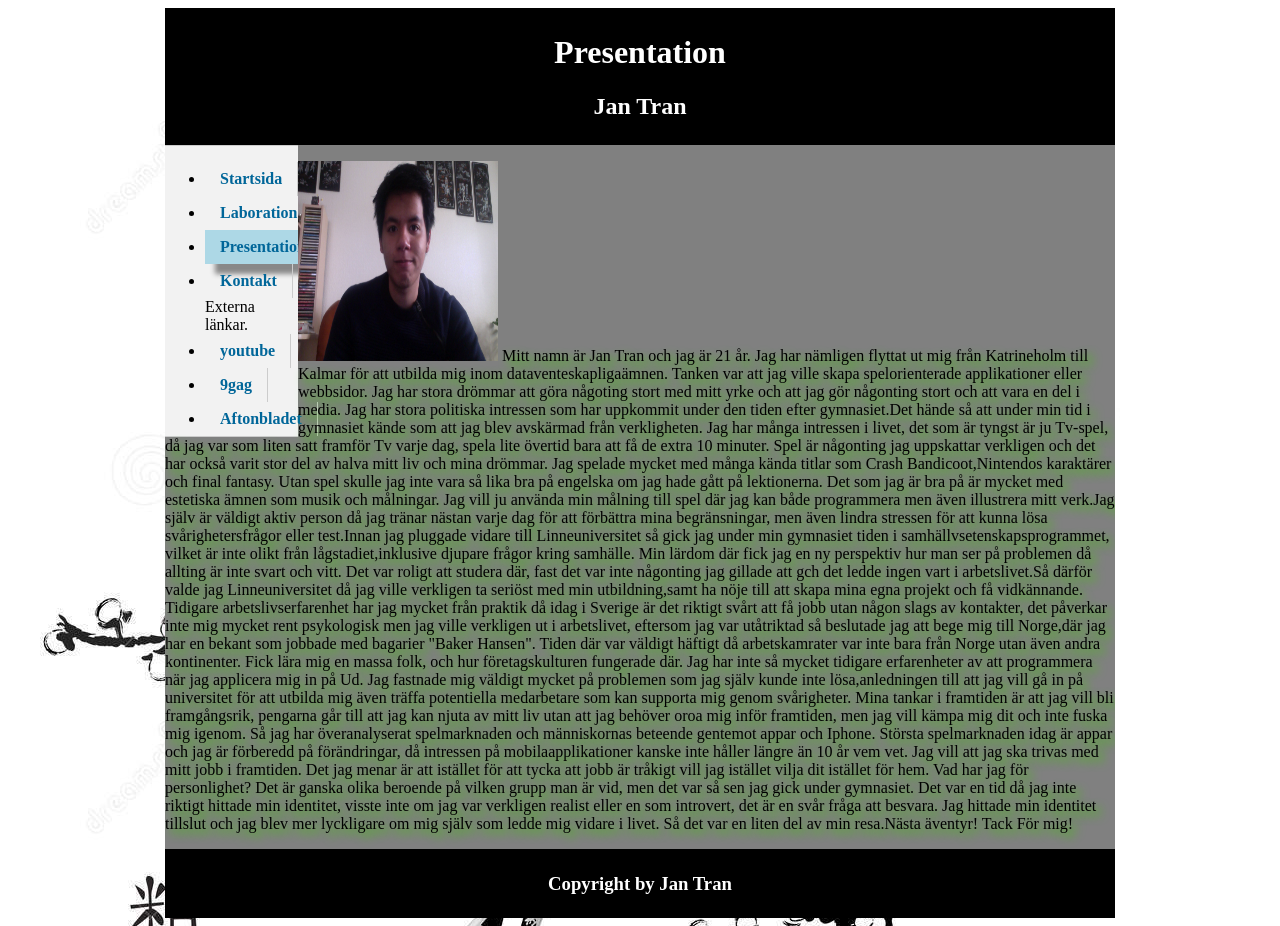
Repository: jt222ic/1ik415-jt222ic-lab-1
Page: pages/presentation.html
The author's editor kept a record of every edit. The page is drawn from the files as they stood at one moment, then again after the next edit.
The browser window is 1280 px wide. The pictures show the whole page.

Above is the page before.

### pages/presentation.html
<!DOCTYPE html>
<html lang="sv">

<head>
    <meta charset="utf-8" />
    <title>någonting</title>
    <link rel="stylesheet" href="Csss/style.css" />


</head>

<body>
<div id="container">

    <div id="header">
        <h1>Presentation</h1>
        <h2> Jan Tran</h2>
    </div>

    <div id="nav">
        <ul>
            <li><a href="../index.html"> Startsida</a>
            </li>
            <li><a href="laboration.html"> Laboration</a>
            </li>
            <li><a href="presentation.html" class="active"> Presentation</a>
            </li>
            <li><a href="kontakt.html"> Kontakt</a>
            </li>
            Externa länkar.
            <li><a href="https://www.youtube.com">youtube </a>
            </li>
            <li><a href="https://www.9gag.com">9gag</a>
            </li>
            <li><a href="https://www.Aftonbladet.se">Aftonbladet</a>
            </li>
        </ul>
    </div>
    <div id="section">
    <div id="background">             </div>
     <div id="img"><p><img src="jpeg/JanT.jpg" width="200" height="200" alt="bildavJan"/>
            Mitt namn är Jan Tran och jag är 21 år. Jag har nämligen flyttat ut mig från Katrineholm till Kalmar för att utbilda mig inom dataventeskapligaämnen. Tanken var att jag ville skapa spelorienterade applikationer eller webbsidor. Jag har stora drömmar att
            göra någoting stort med mitt yrke och att jag gör någonting stort och att vara en del i media. Jag har stora politiska intressen som har uppkommit under den tiden efter gymnasiet.Det hände så att under min tid i gymnasiet kände som att jag
            blev avskärmad från verkligheten. Jag har många intressen i livet, det som är tyngst är ju Tv-spel, då jag var som liten satt framför Tv varje dag, spela lite övertid bara att få de extra 10 minuter. Spel är någonting jag uppskattar verkligen
            och det har också varit stor del av halva mitt liv och mina drömmar. Jag spelade mycket med många kända titlar som Crash Bandicoot,Nintendos karaktärer och final fantasy. Utan spel skulle jag inte vara så lika bra på engelska om jag hade gått
            på lektionerna. Det som jag är bra på är mycket med estetiska ämnen som musik och målningar. Jag vill ju använda min målning till spel där jag kan både programmera men även illustrera mitt verk.Jag själv är väldigt aktiv person då jag tränar
            nästan varje dag för att förbättra mina begränsningar, men även lindra stressen för att kunna lösa svårighetersfrågor eller test.Innan jag pluggade vidare till Linneuniversitet så gick jag under min gymnasiet tiden i samhällvsetenskapsprogrammet,
            vilket är inte olikt från lågstadiet,inklusive djupare frågor kring samhälle. Min lärdom där fick jag en ny perspektiv hur man ser på problemen då allting är inte svart och vitt. Det var roligt att studera där, fast det var inte någonting
            jag gillade att gch det ledde ingen vart i arbetslivet.Så därför valde jag Linneuniversitet då jag ville verkligen ta seriöst med min utbildning,samt ha nöje till att skapa mina egna projekt och få vidkännande.
            <br>Tidigare arbetslivserfarenhet har jag mycket från praktik då idag i Sverige är det riktigt svårt att få jobb utan någon slags av kontakter, det påverkar inte mig mycket rent psykologisk men jag ville verkligen ut i arbetslivet, eftersom jag
            var utåtriktad så beslutade jag att bege mig till Norge,där jag har en bekant som jobbade med bagarier "Baker Hansen". Tiden där var väldigt häftigt då arbetskamrater var inte bara från Norge utan även andra kontinenter. Fick lära mig en massa
            folk, och hur företagskulturen fungerade där. Jag har inte så mycket tidigare erfarenheter av att programmera när jag applicera mig in på Ud. Jag fastnade mig väldigt mycket på problemen som jag själv kunde inte lösa,anledningen till att jag
            vill gå in på universitet för att utbilda mig även träffa potentiella medarbetare som kan supporta mig genom svårigheter. Mina tankar i framtiden är att jag vill bli framgångsrik, pengarna går till att jag kan njuta av mitt liv utan att jag
            behöver oroa mig inför framtiden, men jag vill kämpa mig dit och inte fuska mig igenom. Så jag har överanalyserat spelmarknaden och människornas beteende gentemot appar och Iphone. Största spelmarknaden idag är appar och jag är förberedd på
            förändringar, då intressen på mobilaapplikationer kanske inte håller längre än 10 år vem vet. Jag vill att jag ska trivas med mitt jobb i framtiden. Det jag menar är att istället för att tycka att jobb är tråkigt vill jag istället vilja dit
            istället för hem. Vad har jag för personlighet? Det är ganska olika beroende på vilken grupp man är vid, men det var så sen jag gick under gymnasiet. Det var en tid då jag inte riktigt hittade min identitet, visste inte om jag var verkligen
            realist eller en som introvert, det är en svår fråga att besvara. Jag hittade min identitet tillslut och jag blev mer lyckligare om mig själv som ledde mig vidare i livet.
            Så det var en liten del av min resa.Nästa äventyr! Tack För mig!



        </p>
</div>
    </div>






    <div id="footer">
        <h3>Copyright by Jan Tran</h3>
    </div>

</div>
</body>

</html>

### pages/Csss/style.css
/* backgrundsbild */

body  {
    background-image: url('../jpeg/China.jpg');

    }
/* text för p typografi */
p{
    color:black;
text-shadow: 5px 5px 10px #41C800;
    font-style: italic, sans-serif;
    text-align:left;




}

/* formulär */
#cform input, #cform textarea, #cform select
{
width:300px;
margin-bottom:20px;
}
#cform textarea { height:100px; }
#cform .checkbox { width:auto; }

.img{
    float:left;
}




/* navigation */

#nav {
      width: 14%;
      float: left;
      margin:0;
      padding: 0;
      list-style: none;
      background-color: #f2f2f2;
      border-bottom: 1px solid #ccc;
      border-top: 1px solid #ccc; }
   #nav li {float:left;
       }
   #nav li a {
      display: block;
      padding: 8px 15px;
      text-decoration: none;
      font-weight: bold;
      color: #069;
      border-right: 1px solid #ccc;
      list-style:none;}
   #nav li a:hover {
       list-style:none;
      color: #c00;
      background-color: #fff; }

      /* nav focus class */





      /* class active */

.active{

        font-weight:bold;
        text-align:left;
        color:black;

         box-shadow: 10px 10px 5px #888888;
         background-color: lightblue;
        /* skuggning för märkning */

    }

    /* content */

    #content{


        background-color:white;

        float:left;
        width: 800px;
    }




    /* header */

    #header {
    background-color:black;
    color:white;
    text-align:center;
    padding:5px;
    }


    /*footer */


    #footer {

    background-color:black;
    color:white;
    clear:both;
    text-align:center;
   padding:5px;
}

#container {
    overflow: auto;
    background-color:grey;
    max-width: 950px;
    margin: 0 auto;

}

After the next edit:
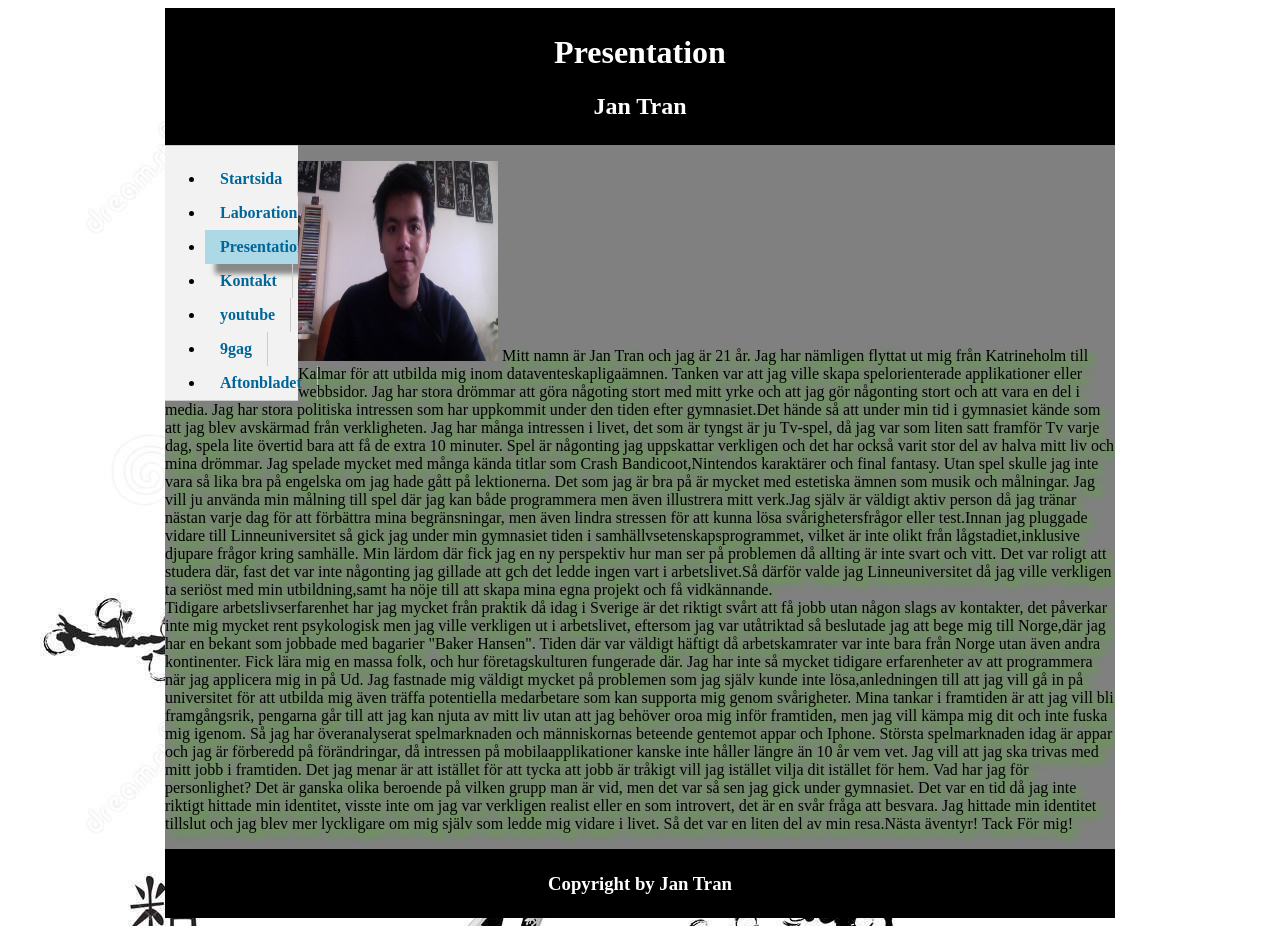
The edit:
--- a/pages/presentation.html
+++ b/pages/presentation.html
@@ -27,7 +27,7 @@
             </li>
             <li><a href="kontakt.html"> Kontakt</a>
             </li>
-            Externa länkar.
+
             <li><a href="https://www.youtube.com">youtube </a>
             </li>
             <li><a href="https://www.9gag.com">9gag</a>
